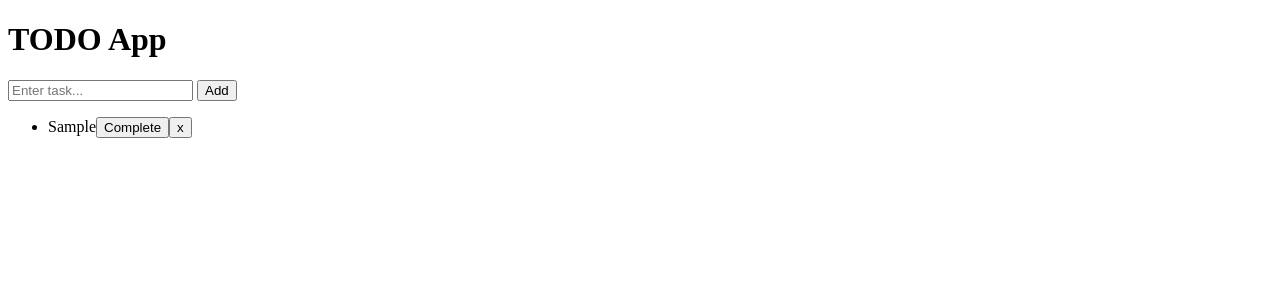
Repository: pawvan/todo_app
Page: markup/tod.html
These files come from the project's save history. The page is drawn as it stood at one moment and after a run of saves; the edit follows.
The browser window is 1280 px wide. The pictures show the whole page.
Empty fields were first filled with sample values (such as "Sample", 5 or name@example.com).
After loading, the first visible `#add-button` was clicked once.

Above is the page before, as saved 2025-01-07 15:03:19.

After the next 5 saves:
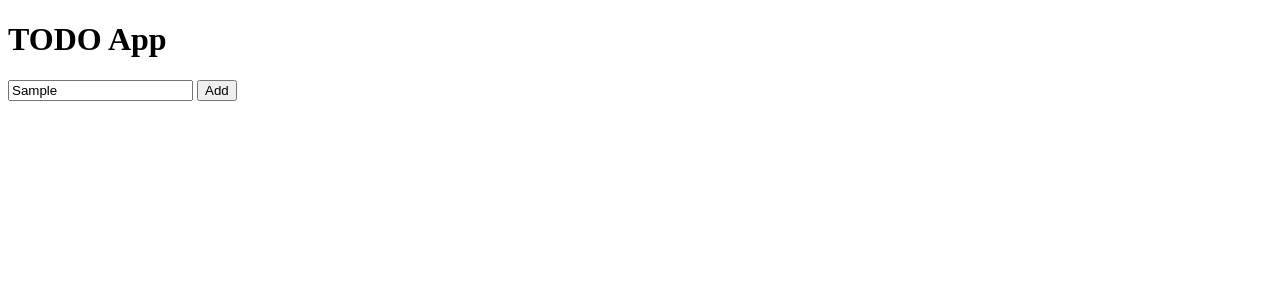
Console error (its wording comes from the project's code and is left out).
The 5 saves are shown as one change because they came seconds apart.
The last was saved 19 s later.
--- a/interactivity/todo.js
+++ b/interactivity/todo.js
@@ -7,6 +7,7 @@
     if (taskText !== '') {
         const li = document.createElement('li');
         li.textContent = taskText;
+        taskList.removeChild(createAlert)
         const completeButton = document.createElement('button');
         completeButton.textContent = 'Complete';
         completeButton.classList.add('complete-btn');

After the 3 saves that followed:
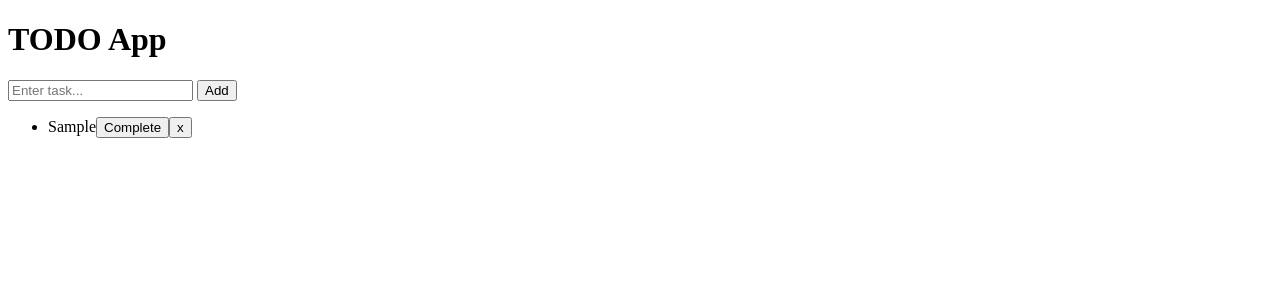
The error is gone.
The 3 saves are shown as one change because 1 left the picture as it was and some came seconds apart.
The last was saved 34 s later.
--- a/interactivity/todo.js
+++ b/interactivity/todo.js
@@ -7,7 +7,6 @@
     if (taskText !== '') {
         const li = document.createElement('li');
         li.textContent = taskText;
-        taskList.removeChild(createAlert)
         const completeButton = document.createElement('button');
         completeButton.textContent = 'Complete';
         completeButton.classList.add('complete-btn');
@@ -37,6 +36,5 @@
     else{
         createAlert.textContent ="Please enter the task"
         taskList.appendChild(createAlert)
-
     }
 }
